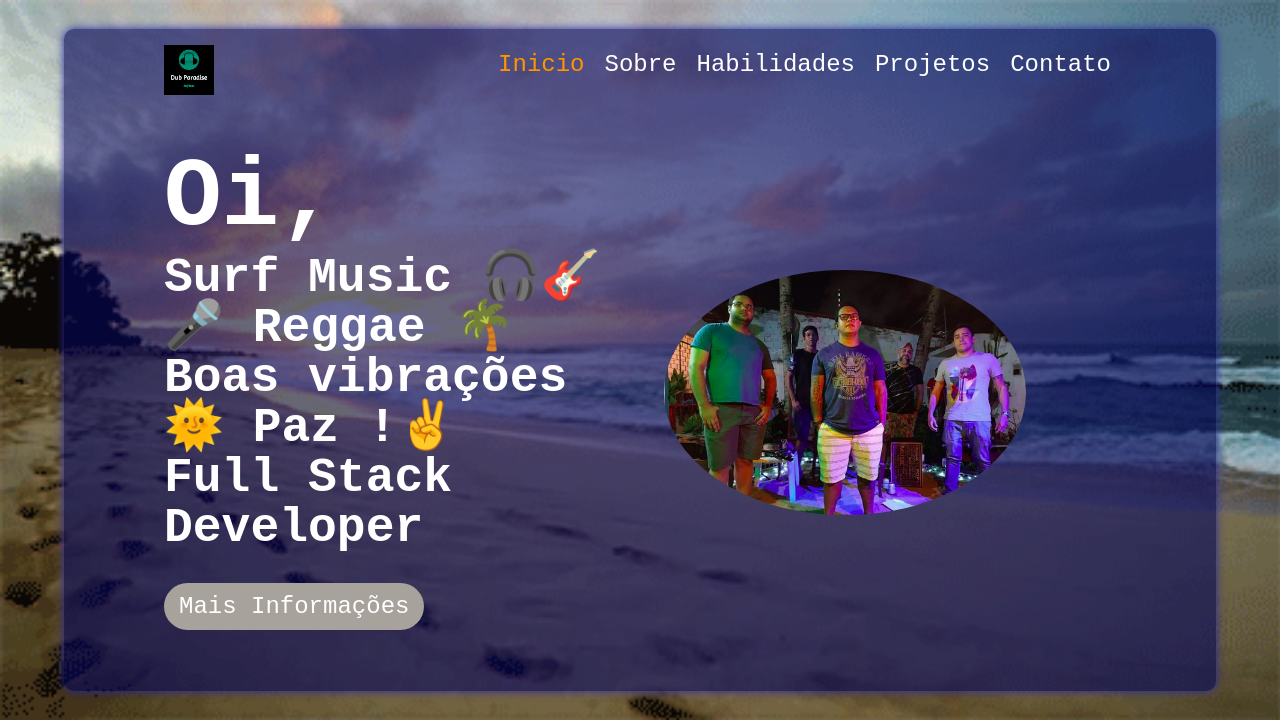
Repository: DubParadise/dubParadise
Page: /
These files come from the project's save history. The page is drawn as it stood at one moment and after the next save; the edit follows.
The browser window is 1280 px wide. The pictures show the whole page.
The project was rebuilt for these pictures with package versions that can differ from the ones it lists, and the page was loaded fresh each time. Also part of the build but not shown: src/components/Sobre/style.css, src/components/Sobre/index.jsx, src/components/Skills/index.jsx, src/ObjProjects/index.jsx, src/components/ProjectsSlider/Arrows.jsx, src/components/ProjectsSlider/SliderContent.jsx, src/components/ProjectsSlider/slider.css, src/components/ProjectsSlider/Slider.jsx and 2 more.

Above is the page before, as saved 2021-04-17 11:16:36.

### public/index.html
<!DOCTYPE html>
<html lang="en">

<head>
    <meta charset="utf-8" />
    <link rel="icon" href="%PUBLIC_URL%/favicon.ico" />
    <meta name="viewport" content="width=device-width, initial-scale=1" />
    <meta name="theme-color" content="#000000" />
    <meta name="description" content="Web site created using create-react-app" />
    <link rel="apple-touch-icon" href="%PUBLIC_URL%/logo192.png" />
    <!--
      manifest.json provides metadata used when your web app is installed on a
      user's mobile device or desktop. See https://developers.google.com/web/fundamentals/web-app-manifest/
    -->
    <link rel="manifest" href="%PUBLIC_URL%/manifest.json" />
    <!--
      Notice the use of %PUBLIC_URL% in the tags above.
      It will be replaced with the URL of the `public` folder during the build.
      Only files inside the `public` folder can be referenced from the HTML.

      Unlike "/favicon.ico" or "favicon.ico", "%PUBLIC_URL%/favicon.ico" will
      work correctly both with client-side routing and a non-root public URL.
      Learn how to configure a non-root public URL by running `npm run build`.
    -->
    <title>Renan Meneses</title>
</head>

<body>
    <noscript>You need to enable JavaScript to run this app.</noscript>
    <div id="root"></div>
    <!--
      This HTML file is a template.
      If you open it directly in the browser, you will see an empty page.

      You can add webfonts, meta tags, or analytics to this file.
      The build step will place the bundled scripts into the <body> tag.

      To begin the development, run `npm start` or `yarn start`.
      To create a production bundle, use `npm run build` or `yarn build`.
    -->
</body>

</html>

### src/index.css

* {
    padding: 0;
    margin: 0;
    box-sizing: border-box;
}

 :root {
    --heights: 60vh;
    --widths: 100%;
}

body {
    font-family: 'Source Code Pro', monospace;
    -webkit-font-smoothing: antialiased;
    -moz-osx-font-smoothing: grayscale;
    /*background: linear-gradient(30deg, #015bae 40%, #01408f 50%) no-repeat;*/
    background: url('./assets/praia.gif') no-repeat;
    background-size: cover;
}


/* Hide scrollbar for Chrome, Safari and Opera */

body::-webkit-scrollbar {
    display: none;
}

body {
    -ms-overflow-style: none;
    /* IE and Edge */
    scrollbar-width: none;
    /* Firefox */
}

code {
    font-family: 'Source Code Pro', monospace;
}

p {
    line-height: 10px;
    font-family: 'Source Code Pro', monospace;
}

### src/App.js
import { BrowserRouter as Router, Switch, Route } from "react-router-dom";
import Home from "./components/Home";

import "./App.css";

import Sobre from "./components/Sobre";
import NavBar from "./components/NavBar";
import Skills from "./components/Skills";
import Slider from "./components/ProjectsSlider/Slider"
import Contact from "./components/Contact";

function App() {
  return (

    <Router>

      <div className="app">
        <NavBar/>
        <Switch>
          <Route exact path="/" component={Home} />
          <Route exact path="/sobre" component={Sobre} />
          <Route exact path="/habilidades" component={Skills} />
          <Route exact path="/projetos" component={Slider} />
          <Route exact path="/contato" component={Contact} />
        </Switch>
      </div>

    </Router>
  );
}

export default App;

### src/components/Home/index.jsx
import React from "react";
import "./style.css";
import { Link } from "react-router-dom";
import img from "../../assets/dub.png";
import { motion } from "framer-motion";

const Home = () => {
  return (
    <div className="home">
      <div className="title">
        <motion.div
          transition={{ delay: 0.2, duration: 0.5 }}
          variants={{
            show: { opacity: 1, x: "0" },
            hidden: { opacity: 0, x: "-70%" },
          }}
          initial="hidden"
          animate="show"
        >
          <h1>Oi,</h1>

          <p>
            Surf Music 🎧🎸🎤
            Reggae 🌴
            Boas vibrações 🌞
            Paz !✌
          </p>
          <p>Full Stack Developer</p>

          <Link to="/sobre">
            <button className="button">Mais Informações</button>
          </Link>
        </motion.div>
      </div>
      <div className="title">
        <motion.div
          transition={{ delay: 0.2, duration: 0.5 }}
          variants={{
            show: { opacity: 1, y2: "0" },
            hidden: { opacity: 0, y2: "100%" },
          }}
          initial="hidden"
          animate="show"
        >
          <img src={img} alt="Thiago" className="imgDev" />

        </motion.div>
      </div>
    </div>
  );
};

export default Home;

### src/App.css
.app {
    display: flex;
    margin: 0 auto;
    max-width: 1280px;
    padding: 0 15px;
    min-height: 100vh;
    border-radius: 10px;
    flex-direction: column;
    background: rgba(3, 4, 90, 0.6);
}

@media (min-width: 800px) {
    .app {
        padding: 0 100px;
        min-height: calc(100vh - 8vh);
        width: 90%;
        margin-top: 4vh;
        margin-bottom: 4vh;
        box-shadow: 0 0 10px #2725a1;
    }
}

### src/components/NavBar/index.jsx
import React, { useEffect, useState } from "react";
import { Link, useLocation } from "react-router-dom";
import "./style.css";
import logo from "../../assets/logo.png";
import menuBars from "../../assets/mobile-menu.png";
import closeMenu from "../../assets/xMenu.png";

const NavBar = () => {
  const [open, setOpen] = useState(false);
  const [screenWidth, setScreenWidth] = useState(0);
  const location = useLocation();

  const trackScreenWidth = () => {
    const width = window.innerWidth;
    setScreenWidth(width);
    if (width > 800) {
      setOpen(true);
    }
  };

  const handleClose =()=>{
    if(screenWidth < 800){
      setOpen(false);
    }
  }

  useEffect(() => {
    trackScreenWidth();
    window.addEventListener("resize", trackScreenWidth);
    return () => window.removeEventListener("resize", trackScreenWidth);
  }, []);

  return (
    <nav className="navbar">
      <div className="nav-wrapper">
        <div className="logo">
          <Link to="/">

          <img src={logo} alt="logo" />

          </Link>
        </div>
        <div className="list-wrapper">
          <img
            src={menuBars}
            alt="Menu"
            style={{ opacity: !open ? 1 : 0 }}
            onClick={() => {
              setOpen(!open);
            }}
          />

          <img
            src={closeMenu}
            alt="Fechar Menu"
            style={{ opacity: open ? 1 : 0 }}
            onClick={() => {
              setOpen(!open);
            }}
          />

          <ul style={{ left: open ? "0" : "-100vw" }}>
            <li>
              <Link
                to="/"
                style={{ color: location.pathname === "/" && "  #ff9500" }}
                onClick={handleClose}
              >
                Inicio
              </Link>
            </li>
            <li>
              <Link
                to="/sobre"
                style={{ color: location.pathname === "/sobre" && "#ff9500" }}
                onClick={handleClose}
              >
                Sobre
              </Link>
            </li>
            <li>
              <Link
                to="/habilidades"
                style={{
                  color: location.pathname === "/habilidades" && "  #ff9500",
                }}
                onClick={handleClose}
              >
                Habilidades
              </Link>
            </li>
            <li>
              <Link
                to="/projetos"
                style={{
                  color: location.pathname === "/projetos" && "  #ff9500",
                }}
                onClick={handleClose}
              >
                Projetos
              </Link>
            </li>
            <li>
              <Link
                to="/contato"
                style={{
                  color: location.pathname === "/contato" && "  #ff9500",
                }}
                onClick={handleClose}
              >
                Contato
              </Link>
            </li>
          </ul>
        </div>
      </div>
    </nav>
  );
};

export default NavBar;

### src/components/Home/style.css
.home {
    flex-grow: 1;
    min-width: 100%;
    display: flex;
    flex-direction: column;
    align-items: center;
}

.home .title {
    width: 100%;
    font-size: 18px;
    text-align: center;
    font-family: "Righteous", cursive;
}

.home h1 {
    font-family: 'Source Code Pro', monospace;
    color: #fff;
    font-weight: bold;
}

.home .title p {
    line-height: 50px;
    color: #fff;
    font-weight: 600;
    font-size: 3rem;
}

#name {
    line-height: 50px;
    font-weight: 600;
    font-size: 3.5rem;
    color: #a7a29c;
}

.button {
    border: none;
    outline: none;
    cursor: pointer;
    font-size: 24px;
    margin-top: 30px;
    color: #ffffff;
    padding: 10px 15px;
    border-radius: 999px;
    background: #a7a29c;
    font-family: 'Source Code Pro', monospace;
}

.person {
    width: 100%;
    margin-top: 20px;
    border-radius: 50%;
}

.imgDev {
    width: 100%;
    background: #a7a29c;
    border-radius: 50%;
    margin-top: 1rem;
}

@media (min-width: 800px) {
    .home {
        flex-direction: row;
        justify-content: space-between;
        gap: 3rem;
    }
    .home .title,
    .home .person {
        width: 50%;
        margin-top: 0;
        text-align: left;
        font-size: 25px;
    }
    .home h1 {
        font-size: 6rem;
    }
    #name {
        color: #a7a29c;
    }
    .title {
        border-radius: 50%;
    }
    .imgDev {
        width: 80%;
    }
}

### src/components/NavBar/style.css
.navbar {
    height: 100%;
}

.nav-wrapper {
    width: 100%;
    height: 100%;
    display: flex;
    align-items: center;
    justify-content: space-between;
}

.logo {
    display: flex;
    max-width: 130px;
    height: 100%;
}

.logo img {
    width: 100%;
    width: 50px;
    padding-top: 1rem;
}

.list-wrapper {
    display: flex;
    align-items: center;
}

.list-wrapper ul {
    top: 0;
    z-index: 3;
    width: 100%;
    height: 86vh;
    left: -100vw;
    padding-top: 140px;
    text-align: center;
    position: absolute;
    transition: all 0.5s ease-in-out;
    background-color: rgb(0, 0, 0, 0.8);
}

.list-wrapper ul li {
    list-style: none;
    margin-bottom: 15px;
}

.list-wrapper ul li a {
    display: block;
    font-size: 24px;
    padding: 10px 0;
    color: #dddddd;
    text-decoration: none;
    transition: all 0.3s ease-in-out;
}

.list-wrapper ul li a:hover {
    color: #000000;
    background-color: #ff9500;
}

.list-wrapper img {
    opacity: 0;
    z-index: 4;
    width: 40px;
    height: 40px;
    right: 15px;
    padding: 10px;
    position: absolute;
    border-radius: 50%;
    transition: all 0.5s ease-in-out;
}

@media (min-width: 800px) {
    .list-wrapper img {
        display: none;
    }
    .list-wrapper ul {
        padding: 0;
        width: 100%;
        height: 100%;
        text-align: left;
        position: relative;
        background-color: transparent;
    }
    .list-wrapper ul li {
        display: inline-block;
        margin-bottom: 0;
    }
    .list-wrapper ul li:not(:last-child) {
        margin-right: 10px;
    }
    .list-wrapper ul li a {
        padding: 5px;
        color: #fff;
    }
    .list-wrapper ul li a:hover {
        padding: 5px;
        color: #ff9509;
        transform: scale(0.8);
        background: transparent;
    }
}

### src/components/Skills/style.css
.title {
    margin-top: 1.5rem;
    margin-bottom: 1rem;
    color: #ff9500;
    font-size: 3rem;
    text-align: center;
}

.skills {
    display: grid;
    grid-template-columns: 1fr;
    margin-top: 2rem;
}

.skills div {
    display: flex;
    flex-direction: column;
}

.skills div h2 {
    margin: 1rem;
    color: #fff;
    display: flex;
    flex-direction: column;
    align-items: center;
}

.skills div h2 span {
    margin-top: 1rem;
}

.gif {
    width: 100%;
    border-radius: 4px;
}

@media (min-width: 800px) {
    .skills {
        grid-template-columns: repeat(4, 1fr);
    }
    .title {
        text-align: left;
    }
}

@media (min-width: 800px) {
    .skills h1 {
        color: #115799;
    }
}

Loaded but not shown: src/index.js (common file)

After the next save:
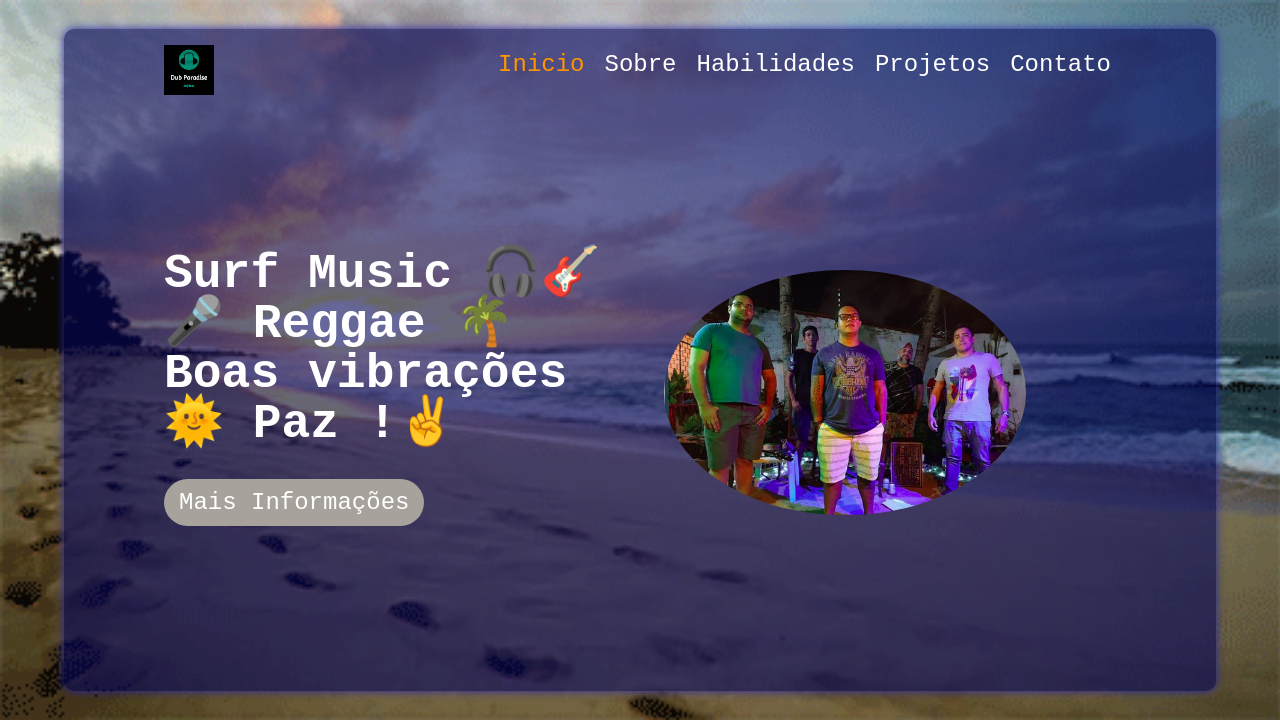
Saved 15 s later.
--- a/src/components/Home/index.jsx
+++ b/src/components/Home/index.jsx
@@ -17,15 +17,12 @@ const Home = () => {
           initial="hidden"
           animate="show"
         >
-          <h1>Oi,</h1>
-
           <p>
             Surf Music 🎧🎸🎤
             Reggae 🌴
             Boas vibrações 🌞
             Paz !✌
           </p>
-          <p>Full Stack Developer</p>
 
           <Link to="/sobre">
             <button className="button">Mais Informações</button>
